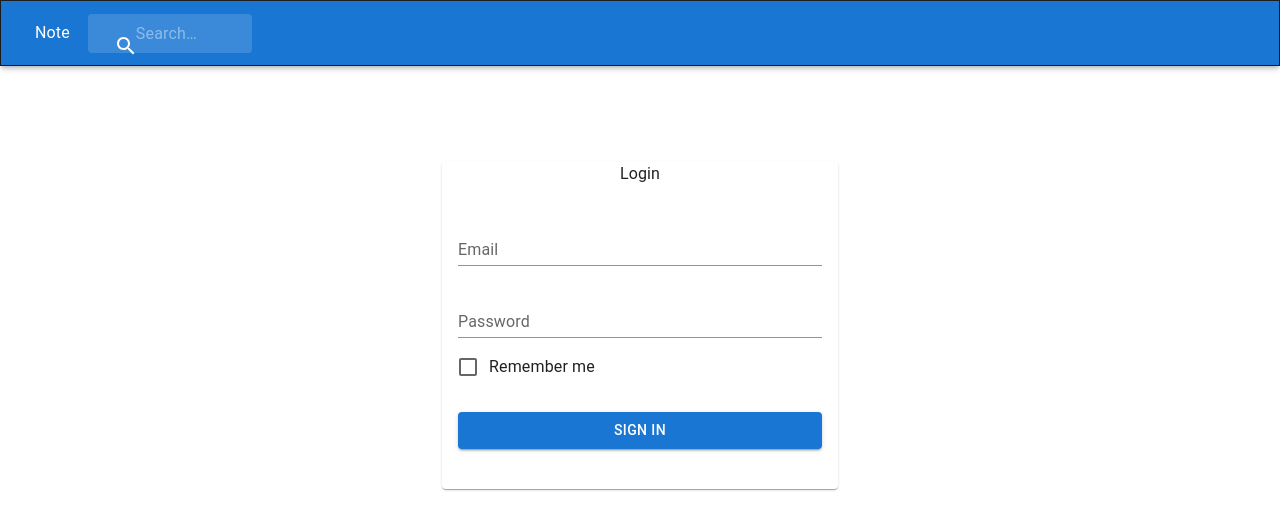
Repository: NGHIAVN1/Note
Page: /
These files come from the project's save history. The page is drawn as it stood at one moment and after the next save; the edit follows.
The browser window is 1280 px wide. The pictures show the whole page.
The project was rebuilt for these pictures with package versions that can differ from the ones it lists, and the page was loaded fresh each time. Also part of the build but not shown: vite.config.js, src/Register.jsx, src/Pet.jsx, src/useBreedList.jsx, src/SearchParams.jsx.

Above is the page before, as saved 2024-03-20 11:05:00.

After the next save:
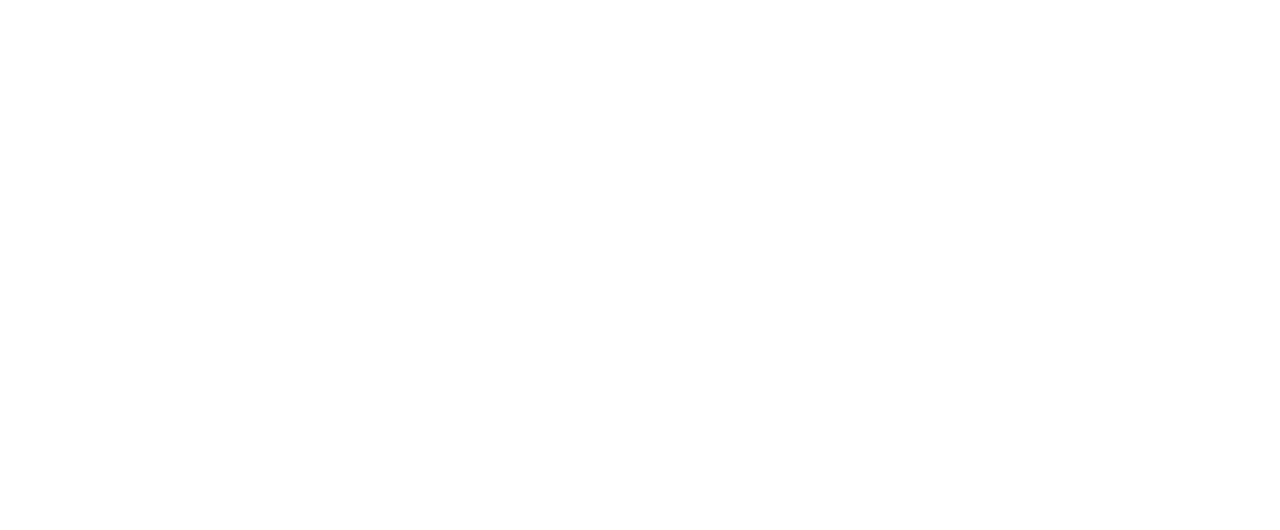
Console error: ReferenceError: flexBasis is not defined
Saved 3 min 36 s later.
--- a/src/header.jsx
+++ b/src/header.jsx
@@ -74,11 +74,7 @@
             </Typography>
             <Search>
               <SearchIconWrapper>
-                <SearchIcon
-                  sx={{
-                    margin: "10px",
-                  }}
-                />
+                <SearchIcon sx={{ flexBasis }} />
               </SearchIconWrapper>
               <StyledInputBase
                 placeholder="Search…"

After the save that followed:
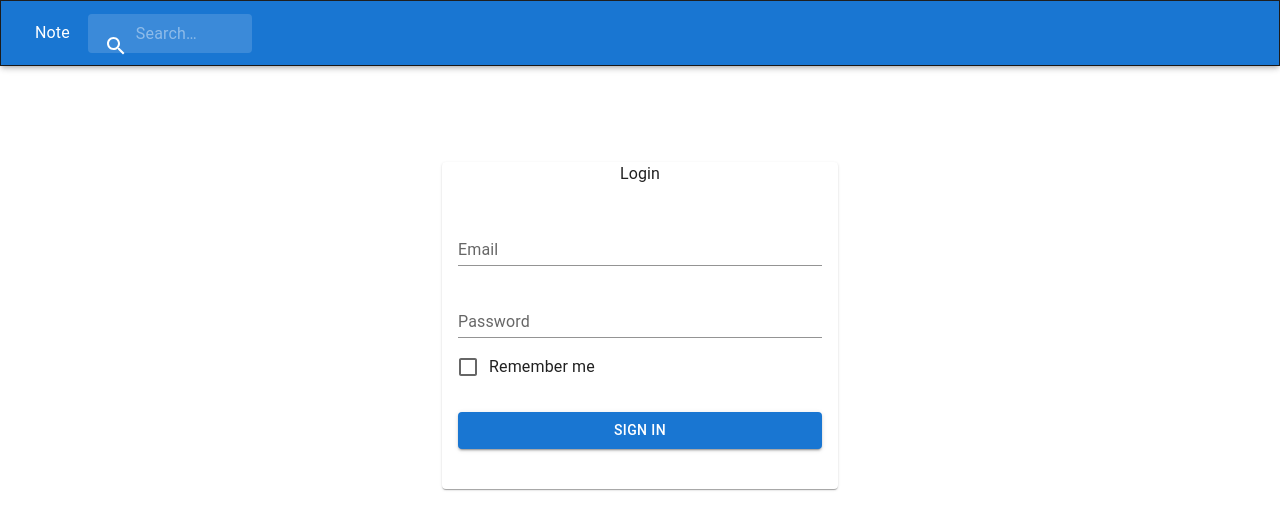
The error is gone.
Saved 59 s later.
--- a/src/header.jsx
+++ b/src/header.jsx
@@ -74,7 +74,7 @@
             </Typography>
             <Search>
               <SearchIconWrapper>
-                <SearchIcon sx={{ flexBasis }} />
+                <SearchIcon />
               </SearchIconWrapper>
               <StyledInputBase
                 placeholder="Search…"
